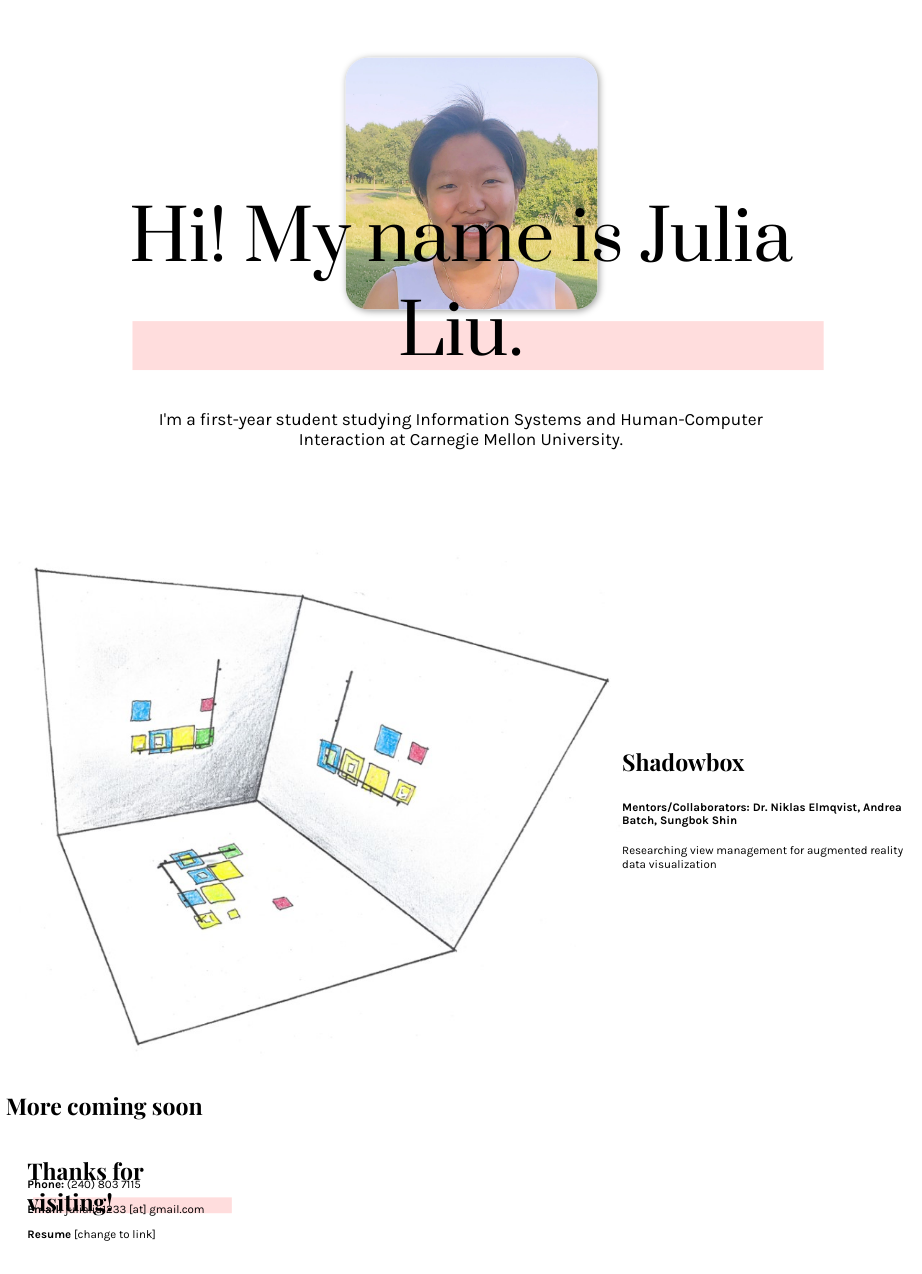
Repository: liu-julia/liu-julia.github.io
Page: index.html
These files come from the project's save history. The page is drawn as it stood at one moment and after the next save; the edit follows.
The browser window is 1280 px wide. The pictures show the whole page, at 72% of full size.

Above is the page before, as saved 2022-04-27 10:34:38.

### index.html
<!DOCTYPE html>
<html lang="en">
<head>
    <meta charset="UTF-8">
    <meta http-equiv="X-UA-Compatible" content="IE=edge">
    <meta name="viewport" content="width=device-width, initial-scale=1.0">
    <link rel="preconnect" href="https://fonts.googleapis.com">
    <link rel="preconnect" href="https://fonts.gstatic.com" crossorigin>
    <link href="https://fonts.googleapis.com/css2?family=Karla:wght@300;400;700&family=Open+Sans:wght@300;400;700&family=Playfair+Display:wght@400;700&family=Prata&display=swap" rel="stylesheet">
    <link rel="stylesheet" href="css/styles.css">
    <link rel="icon" href="images/jllogo.png">
    <script src="js/scripts.js"></script>
    <title>Julia Liu</title>
</head>
<body>
    <header id="topbar">
        <img id="logo" src="images/jllogo.png" alt="JL logo">
        <div id="navbar">
            <a class="highlighted" href="index.html">Projects</a>
            <a class="hl_hover" href="about.html">About</a>
            <a class="hl_hover" href="contact.html">Contact</a>
        </div>
    </header>
    <div id="content">
        <div id="top">
            <img id="face" src="images/IMG_20210707_193435_832.jpg" alt="Julia Liu">
            <h1 class="highlighted">Hi! My name is Julia Liu.</h1>
            <p id="head_desc">I'm a first-year student studying Information Systems and Human-Computer Interaction at Carnegie Mellon University.</p>
        </div>
        <br>
        <div class="project">
            <img src="images/shadowbox.jpg" alt="Shadowbox">
            <div class="project-text">
                <h3>Shadowbox</h3>
                <h4>Mentors/Collaborators: Dr. Niklas Elmqvist, Andrea Batch, Sungbok Shin</h4>
                <p>Researching view management for augmented reality data visualization</p>
            </div>
        </div>
        <h3>More coming soon</h3>
        <div id="foot">
            <h3 class="highlighted">Thanks for visiting!</h3>
            <p><b>Phone:</b> (240) 803 7115</p>
            <p><b>Email:</b> julialiu1233 [at] gmail.com</p>
            <p><b>Resume</b> [change to link]</p>
        </div>
    </div>
</body>
</html>

### css/styles.css
:root {
    font-family: 'Karla', sans-serif;
}
html {
    height: 100%;
}
header {
    position: fixed;
    top: 0;
    left: 0;
    right: 0;
    width: 100%;
    height: 60px;
    background-color: white;
    z-index: 1;
    box-shadow: 0 0 10px #FFFFFF;
    transition: top .2s;
}
#logo {
    width: 25px;
    height: 35px;
    padding: 13px;
}
#navbar {
    float: right;
}
#navbar a {
    position: relative;
    top: 10px;
    margin-right: 25px;
    align-self: center;
    color: black;
}
body {
    height: 100%;
}
#content {
    height: 100%;
}
h1 {
    font-family: 'Prata', serif;
    font-weight: 400;
    font-size: 6em;
}
#top {
    height: 100%;
}
h1{
    position: absolute;
    bottom: 12rem;
    left: 1rem;
    right: 1rem;
    text-align: center;
    margin: auto;
    width: 75%;
}
h1.highlighted::before {
    content: "";
    position: absolute;
    width: 100%;
    background: #ffdddd;
    left: .25em;
    bottom: .15em;
    height: .7em;
    z-index: -1;
}
#navbar a.highlighted::before {
    content: "";
    position: absolute;
    width: 100%;
    background: #ffdddd;
    left: .25em;
    bottom: .05em;
    height: .7em;
    z-index: -1;
}
.hl_hover::before {
    content: "";
    position: absolute;
    width: 100%;
    background: #ffdddd;
    left: .25em;
    bottom: .05em;
    height: .7em;
    z-index: -1;
    transition: transform 0.5s;
    transform: scaleX(0);
    transform-origin: right;
}
.hl_hover:hover::before {
    transform: scaleX(1);
    transform-origin: left;
}
h2 {
    font-family: 'Playfair Display', serif;
    font-size: 3em;
}
h3 {
    font-family: 'Playfair Display', serif;
    font-size: 2em;

}
h3.highlighted::before {
    content: "";
    position: absolute;
    width: 100%;
    background: #ffdddd;
    left: .25em;
    bottom: .15em;
    height: .7em;
    z-index: -1;
}
a {
    font-family: 'Playfair Display', serif;
    font-size: 1.5em;
    font-weight: 700;
    text-decoration: none;
}
#head_desc {
    font-size: 1.5em;
    font-weight: 400;
    position: absolute;
    bottom: 6rem;
    width: 90%;
    left: 1rem;
    right: 1rem;
    text-align: center;
    margin: auto;
    width: 75%;
}
.project {
    display: flex;
    align-items: center;
}
#face {
    position: absolute;
    width: 350px;
    height: 350px;
    top: 5rem;
    left: 30rem;
    right: 30rem;
    border-radius: 2em;
    margin: auto;
    box-shadow: 2px 2px 10px #00000066;
}
#foot {
    padding: 30px;
    position: absolute;
}
h3.highlighted {
    position: absolute;
    bottom: 3rem;
}

### js/scripts.js
var prevScrollpos = window.pageYOffset;
window.onscroll = function() {
  var currentScrollPos = window.pageYOffset;
  if (prevScrollpos > currentScrollPos) {
    document.getElementById("topbar").style.top = "0";
  } else {
    document.getElementById("topbar").style.top = "-70px";
  }
  prevScrollpos = currentScrollPos;
}

After the next save:
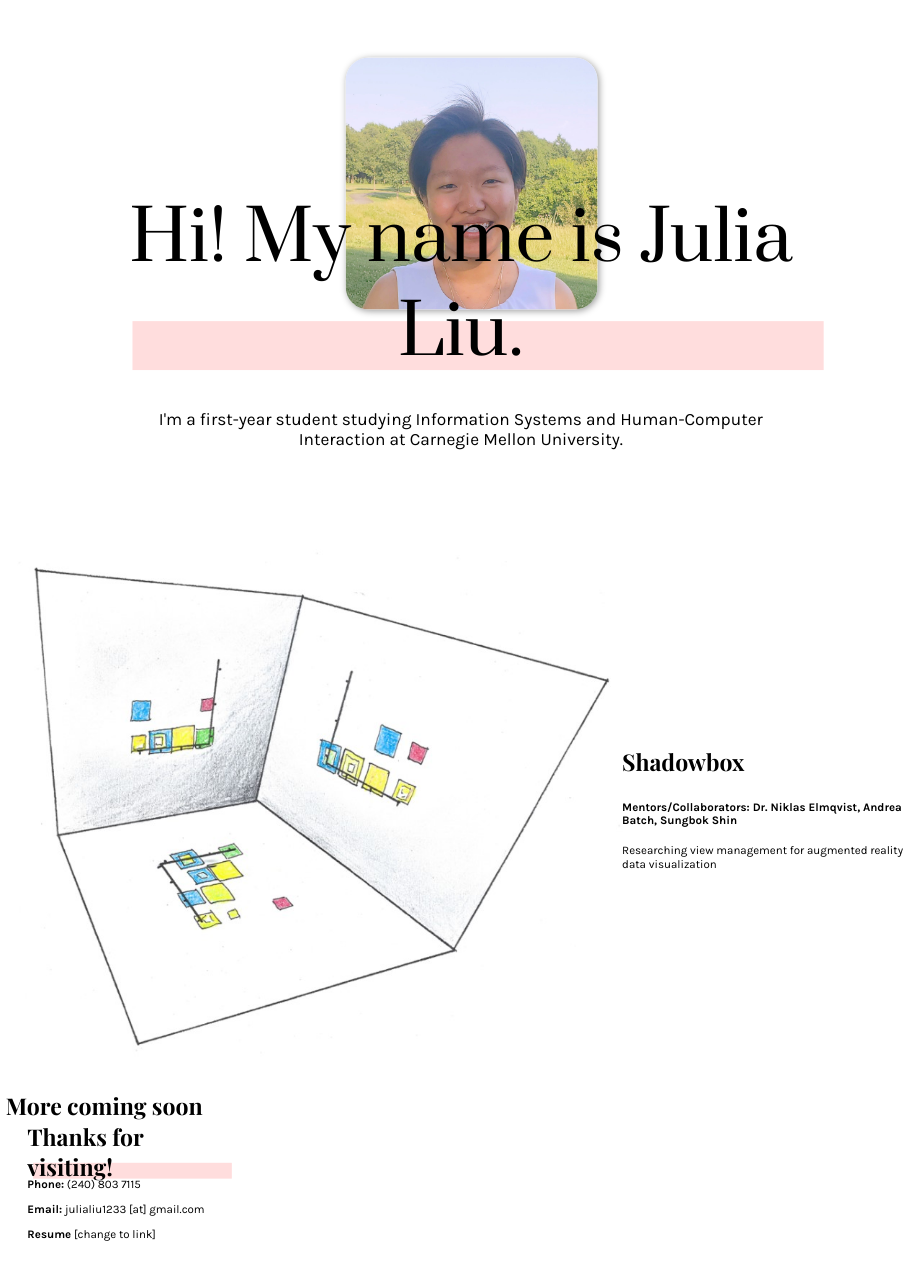
Saved 5 s later.
--- a/css/styles.css
+++ b/css/styles.css
@@ -149,5 +149,5 @@ a {
 }
 h3.highlighted {
     position: absolute;
-    bottom: 3rem;
+    bottom: 6rem;
 }
